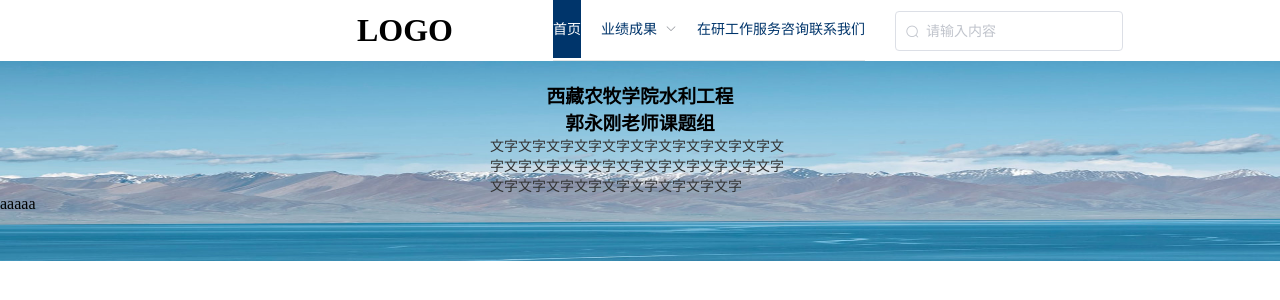
Repository: BLSY/xzust
Page: /
An editor plug-in stored every save of this project. The page is shown before and after the next save, followed by the edit.
The browser window is 1280 px wide. The pictures show the whole page.
The project was rebuilt for these pictures with package versions that can differ from the ones it lists, and the page was loaded fresh each time.

Above is the page before, as saved 2022-11-26 21:00:59.

After the next save:
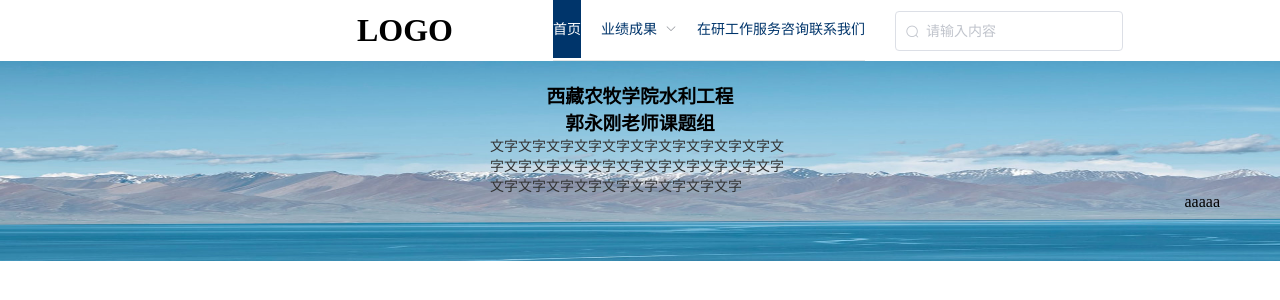
Saved 55 s later.
--- a/src/components/HelloWorld.vue
+++ b/src/components/HelloWorld.vue
@@ -129,4 +129,9 @@ export default {
     text-align: left;
     color:#333;
   }
+  .starvidio{
+    position: absolute;
+    bottom: 50px;
+    right: 60px;
+  }
 </style>
